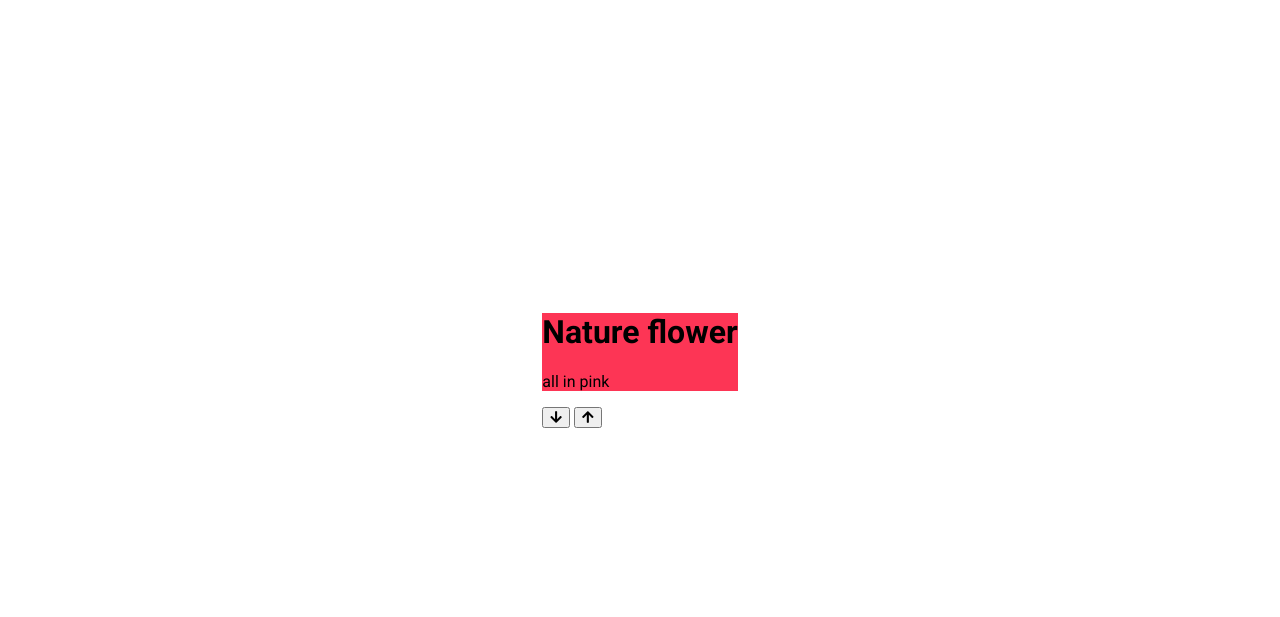
Repository: jt010051/Slider
Page: index.html
An editor plug-in stored every save of this project. The page is shown before and after the next save, followed by the edit.
The browser window is 1280 px wide. The pictures show the whole page.

Above is the page before, as saved 2022-03-03 09:58:02.

After the next save:
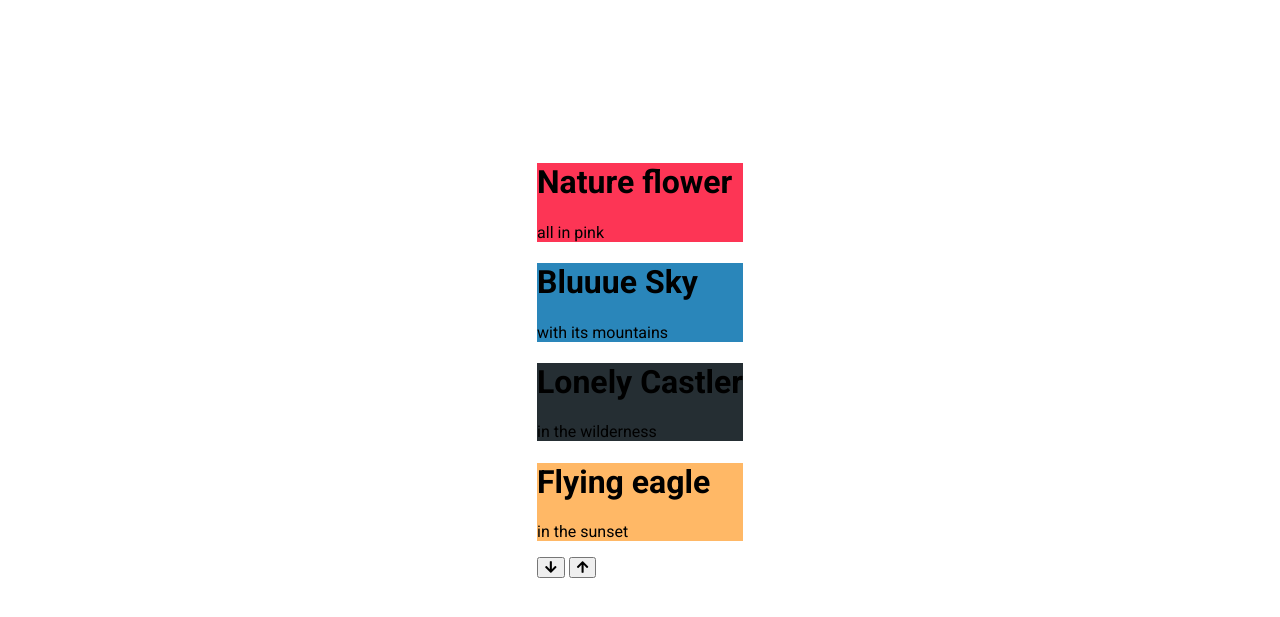
Saved 2 min 14 s later.
--- a/index.html
+++ b/index.html
@@ -19,7 +19,24 @@
 <p>all in pink</p>
 
 </div>
+<div style="background-color: #2A86BA;">
 
+    <h1>Bluuue Sky</h1>
+    <p>with its mountains</p>
+
+</div>
+<div style="background-color: #252E33;">
+
+    <h1>Lonely Castler</h1>
+    <p>in the wilderness</p>
+
+</div>
+<div style="background-color: #FFB866;">
+
+    <h1>Flying eagle</h1>
+    <p>in the sunset</p>
+
+</div>
 </div>
 <div class="right-slide"></div>
 <div class="action-buttons">
